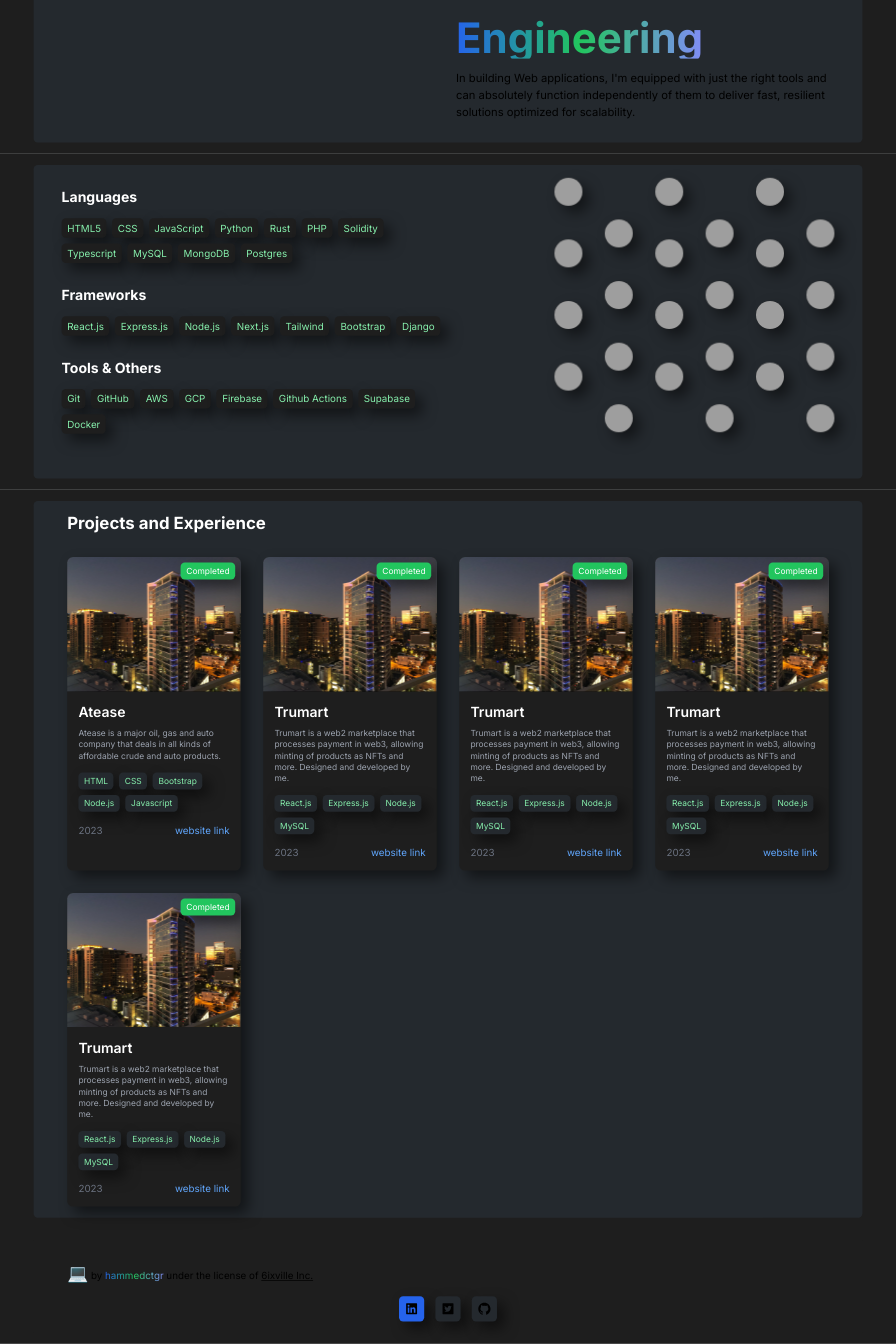
Repository: muhammedctgr/hammedctgr
Page: /
An editor plug-in stored every save of this project. The page is shown before and after a run of saves, followed by the edit.
The browser window is 1280 px wide. The pictures show the part of the page from y = 824 to 2744 px (the page is 2744 px tall), at 70% of full size.
Pictures or frames that could not be fetched are drawn as grey boxes. The project was rebuilt for these pictures with package versions that can differ from the ones it lists, and the page was loaded fresh each time. The framework's server and built-in components were replaced by stand-ins that run in the browser. Also part of the build but not shown: next.config.mjs.

Above is the page before, as saved 2024-08-16 11:26:42.

### app/layout.tsx
import type { Metadata } from "next";
import { Inter } from "next/font/google";
import "./globals.css";

const inter = Inter({ subsets: ["latin"] });

export const metadata: Metadata = {
  title: "Popoola Muhammed",
  description: "Generated by create next app",
};

export default function RootLayout({
  children,
}: Readonly<{
  children: React.ReactNode;
}>) {
  return (
    <html lang="en">
      <body className={inter.className}>{children}</body>
    </html>
  );
}

### app/page.tsx
import Head from 'next/head';
import Hero from '../components/Hero';
import SkillsSection from '@/components/SkillsSection';
import SummarySection from '@/components/SummarySection';
import ProjectsSection from '@/components/ProjectsSection';
import Footer from '@/components/Footer';

const Home = () => (
  <div>
    <Head>
      <title>Popoola Muhammed | Fullstack Dev</title>
      <meta name="description" content="Welcome to my developer portfolio" />
    </Head>

    <Hero />
    <SummarySection />
    <SkillsSection />
    <ProjectsSection />
    <Footer />
  </div>
);

export default Home;

### app/globals.css
@tailwind base;
@tailwind components;
@tailwind utilities;

:root {
  --foreground-rgb: 0, 0, 0;
  --background-start-rgb: 214, 219, 220;
  --background-end-rgb: 255, 255, 255;
}

@media (prefers-color-scheme: dark) {
  :root {
    --foreground-rgb: 255, 255, 255;
    --background-start-rgb: 0, 0, 0;
    --background-end-rgb: 0, 0, 0;
  }
}

body {
  color: rgb(var(--foreground-rgb));
  background: linear-gradient(
      to bottom,
      transparent,
      rgb(var(--background-end-rgb))
    )
    rgb(var(--background-start-rgb));
}

@layer utilities {
  .text-balance {
    text-wrap: balance;
  }
}


@keyframes upDown {
  0%, 100% {
    transform: translateY(0);
  }
  50% {
    transform: translateY(-10px); /* Adjust the value as needed */
  }
}

.animate-upDown {
  animation: upDown 2s infinite ease-in-out; /* Adjust duration as needed */
}


@keyframes scroll-medium {
  0% {
    transform: translateY(-100%);
  }
  100% {
    transform: translateY(100%);
  }
}

@keyframes scroll-fast {
  0% {
    transform: translateY(-100%);
  }
  100% {
    transform: translateY(30vh);
  }
}

@keyframes scroll-upfast {
  0% {
    transform: translateY(100%);
  }
  100% {
    transform: translateY(-30vh);
  }
}

.animate-scroll-upfast {
  animation: scroll-upfast 2s linear infinite;
}

.animate-scroll-fast {
  animation: scroll-fast 2s linear infinite;
}

.animate-scroll-medium {
  animation: scroll-medium 6s linear infinite;
}

.animate-scroll-delay {
  animation-delay: 2s;
}

.animate-scroll-delay-long {
  animation-delay: 4s;
}

.animate-scroll {
  animation: scroll 10s linear infinite;
}

.neumorph {
  border-radius: 5px;
  background: linear-gradient(145deg, #161414, #1a1818);
  box-shadow:  5px 5px 10px #111010,
               -5px -5px 10px #1f1c1c;
}

@keyframes slide {
  0% { transform: translateX(0); }
  100% { transform: translateX(-100%); }
}

.infinite-scroll {
  display: flex;
  animation: slide 2s ease-in-out infinite;
}

.infinite-scroll img {
  min-width: 100%;
}

### components/Hero.tsx
import Image from 'next/image';
import profilePic from '../public/profile.png';
import { AiFillLinkedin, AiFillGithub, AiFillTwitterSquare, AiFillX } from 'react-icons/ai';

const Hero = () => {
  return (
    <section className="bg-gptGray px-4 py-4 md:pt-8 md:px-8 lg:px-12 text-white flex items-center">
  <div className="container bg-githubGray shadow-lg rounded-md mx-auto flex flex-col md:flex-row md:px-2 relative overflow-hidden">
    <div className="flex-1 text-left p-4 md:p-8">
      <div className="inline-block bg-blue-600 text-black py-1 px-3 mb-4 rounded-md">
        Hi, I’m
      </div>
      <div className="mb-6">
        <h1 className="text-xl md:text-3xl font-bold">Popoola Muhammed</h1>
        <p className="mt-2 text-lg md:text-xl">Full-Stack Developer, I build and manage</p>
      </div>
      <ul className="mt-4 list-disc list-inside text-xs md:text-base">
        <li>Highly Optimized and Responsive <span className="text-blue-600">FRONT-END</span></li>
        <li>Secure and Scalable <span className="text-blue-600">BACK-END & DATABASE</span></li>
        <li><span className="text-blue-600">IT</span> Infrastructure</li>
      </ul>
      <div className="mt-6">
        <a href="#contact" className="underline">Let’s Connect</a>
        <div className="mt-2 flex justify-start space-x-4">
          <a href="#" className="bg-blue-600 p-2 rounded-md shadow-deep-all transform transition-transform duration-300 hover:scale-110">
            <AiFillLinkedin size={20} />
          </a>
          <a href="#" className="bg-githubGray p-2 rounded-md shadow-deep-all transform transition-transform duration-300 hover:scale-110">
            <AiFillTwitterSquare size={20} />
          </a>
          <a href="#" className="bg-githubGray p-2 rounded-md shadow-deep-all transform transition-transform duration-300 hover:scale-110">
            <AiFillGithub size={20} />
          </a>
        </div>
      </div>
    </div>
    <div className="relative flex-1 p-4 md:p-8">
      <img src="https://cdn.jsdelivr.net/gh/devicons/devicon@latest/icons/python/python-original.svg" className="right-4 w-8 h-8 md:w-16 md:h-16 lg:w-16 lg:h-16 bg-gptGray rounded-md animate-bounce shadow-deep-all" />
      <div className="relative w-40 h-40 md:w-72 md:h-72 lg:w-96 lg:h-96 mx-auto">
        <Image src={profilePic} alt="Popoola Muhammed" layout="fill" className="rounded-full object-cover animate-upDown" />
      </div>
      <img src="https://cdn.jsdelivr.net/gh/devicons/devicon@latest/icons/rust/rust-original.svg"  className="w-8 h-8 md:w-16 md:h-16 lg:w-16 lg:h-16 bg-gptGray rounded-3xl shadow-deep-all animate-bounce absolute top-8 right-4" />
      <img src="https://cdn.jsdelivr.net/gh/devicons/devicon@latest/icons/javascript/javascript-original.svg" className="w-8 h-8 md:w-12 md:h-12 lg:w-12 lg:h-12 bg-gptGray rounded-md animate-bounce shadow-deep-all" />
    </div>
    <img src="https://cdn.jsdelivr.net/gh/devicons/devicon@latest/icons/nextjs/nextjs-original.svg" className="w-8 h-8 md:w-12 md:h-12 lg:w-12 lg:h-12 bg-gptGray rounded-3xl shadow-deep-all animate-bounce absolute bottom-4 right-36" />
  </div>
</section>
  );
};

export default Hero;

### components/SkillsSection.tsx
import Image from 'next/image';
import { FC } from 'react';

interface SkillCategory {
  title: string;
  skills: { name: string; }[];
}

const skills: SkillCategory[] = [
  {
    title: "Languages",
    skills: [
      { name: "HTML5",  },
      { name: "CSS", },
      { name: "JavaScript",  },
      { name: "Python", },
      { name: "Rust",  },
      { name: "PHP", },
      { name: "Solidity",  },
      { name: "Typescript",  },
      { name: "MySQL",  },
      { name: "MongoDB", },
      { name: "Postgres", },
    ],
  },
  {
    title: "Frameworks",
    skills: [
      { name: "React.js", },
      { name: "Express.js",  },
      { name: "Node.js", },
      { name: "Next.js", },
      { name: "Tailwind", },
      { name: "Bootstrap", },
      { name: "Django", }
    ],
  },
  {
    title: "Tools & Others",
    skills: [
      { name: "Git",  },
      { name: "GitHub",  },
      { name: "AWS", },
      { name: "GCP", },
      { name: "Firebase", },
      { name: "Github Actions", },
      { name: "Supabase",  },
      { name: "Docker",  },
    ],
  },
];

const icons = [
  "/icons/html5.svg", // Replace with your icon paths
  "/icons/css3.svg",
  "/icons/javascript.svg",
  "/icons/python.svg",
  // Add the rest of the icons as needed
];

const SkillsSection: FC = () => {
  return (
  <section className="px-4 py-4 md:px-8 lg:px-12 bg-gptGray text-white w-full h-full">
  <div className="container bg-githubGray rounded-md mx-auto flex flex-col md:flex-row items-start md:px-2">
    <div className="flex-1 p-4 md:p-8">
      {skills.map((category) => (
        <div key={category.title} className="mb-8">
          <h2 className="text-lg md:text-xl font-bold mb-4 ">{category.title}</h2>
          <div className="flex flex-wrap gap-2">
            {category.skills.map((skill) => (
              <span
                key={skill.name}
                className={`px-2 py-1 rounded-md text-sm shadow-deep-all bg-gptGray text-green-300`}
              >
                {skill.name}
              </span>
            ))}
          </div>
        </div>
      ))}
    </div>
    <div className="flex-1 flex flex-col items-center md:items-end overflow-hidden md:pb-8">
      <div className="grid grid-cols-6 md:grid-cols-6 gap-8 p-4 md:p-8">
      <img src="https://cdn.jsdelivr.net/gh/devicons/devicon@latest/icons/html5/html5-original.svg" className="w-10 h-10 md:w-10 md:h-10 lg:w-10 lg:h-10 bg-gptGray rounded-3xl shadow-deep-all mt-4 animate-scroll-fast" />
      <img src="https://cdn.jsdelivr.net/gh/devicons/devicon@latest/icons/css3/css3-original.svg" className="w-10 h-10 md:w-10 md:h-10 lg:w-10 lg:h-10 bg-gptGray rounded-3xl shadow-deep-all mt-4 animate-scroll-upfast" />
      <img src="https://cdn.jsdelivr.net/gh/devicons/devicon@latest/icons/javascript/javascript-original.svg" className="w-10 h-10 md:w-10 md:h-10 lg:w-10 lg:h-10 bg-gptGray rounded-3xl shadow-deep-all mt-4 animate-scroll-fast" />
      <img src="https://cdn.jsdelivr.net/gh/devicons/devicon@latest/icons/python/python-original.svg" className="w-10 h-10 md:w-10 md:h-10 lg:w-10 lg:h-10 bg-gptGray rounded-3xl shadow-deep-all mt-4 animate-scroll-upfast" />
      <img src="https://cdn.jsdelivr.net/gh/devicons/devicon@latest/icons/rust/rust-original.svg"  className="w-10 h-10 md:w-10 md:h-10 lg:w-10 lg:h-10 bg-gptGray rounded-3xl shadow-deep-all mt-4 animate-scroll-fast" />
      <img src="https://cdn.jsdelivr.net/gh/devicons/devicon@latest/icons/php/php-original.svg" className="w-10 h-10 md:w-10 md:h-10 lg:w-10 lg:h-10 bg-gptGray rounded-3xl shadow-deep-all mt-4 animate-scroll-upfast"  />
      <img src="https://cdn.jsdelivr.net/gh/devicons/devicon@latest/icons/solidity/solidity-original.svg" className="w-10 h-10 md:w-10 md:h-10 lg:w-10 lg:h-10 bg-gptGray rounded-3xl shadow-deep-all mt-4 animate-scroll-fast" />
      <img src="https://cdn.jsdelivr.net/gh/devicons/devicon@latest/icons/typescript/typescript-original.svg" className="w-10 h-10 md:w-10 md:h-10 lg:w-10 lg:h-10 bg-gptGray rounded-3xl shadow-deep-all mt-4 animate-scroll-upfast" />
      <img src="https://cdn.jsdelivr.net/gh/devicons/devicon@latest/icons/mysql/mysql-original.svg" className="w-10 h-10 md:w-10 md:h-10 lg:w-10 lg:h-10 bg-gptGray rounded-3xl shadow-deep-all mt-4 animate-scroll-fast" />
      <img src="https://cdn.jsdelivr.net/gh/devicons/devicon@latest/icons/mongodb/mongodb-original.svg" className="w-10 h-10 md:w-10 md:h-10 lg:w-10 lg:h-10 bg-gptGray rounded-3xl shadow-deep-all mt-4 animate-scroll-upfast" />
      <img src="https://cdn.jsdelivr.net/gh/devicons/devicon@latest/icons/react/react-original.svg" className="w-10 h-10 md:w-10 md:h-10 lg:w-10 lg:h-10 bg-gptGray rounded-3xl shadow-deep-all mt-4 animate-scroll-fast" />
      <img src="https://cdn.jsdelivr.net/gh/devicons/devicon@latest/icons/nextjs/nextjs-original.svg" className="w-10 h-10 md:w-10 md:h-10 lg:w-10 lg:h-10 bg-gptGray rounded-3xl shadow-deep-all mt-4 animate-scroll-upfast" />
      <img src="https://cdn.jsdelivr.net/gh/devicons/devicon@latest/icons/tailwindcss/tailwindcss-original.svg" className="w-10 h-10 md:w-10 md:h-10 lg:w-10 lg:h-10 bg-gptGray rounded-3xl shadow-deep-all mt-4 animate-scroll-fast" />
      <img src="https://cdn.jsdelivr.net/gh/devicons/devicon@latest/icons/git/git-original.svg" className="w-10 h-10 md:w-10 md:h-10 lg:w-10 lg:h-10 bg-gptGray rounded-3xl shadow-deep-all mt-4 animate-scroll-upfast" />
      <img src="https://cdn.jsdelivr.net/gh/devicons/devicon@latest/icons/github/github-original.svg" className="w-10 h-10 md:w-10 md:h-10 lg:w-10 lg:h-10 bg-gptGray rounded-3xl shadow-deep-all mt-4 animate-scroll-fast" />
      <img src="https://cdn.jsdelivr.net/gh/devicons/devicon@latest/icons/amazonwebservices/amazonwebservices-original-wordmark.svg" className="w-10 h-10 md:w-10 md:h-10 lg:w-10 lg:h-10 bg-gptGray rounded-3xl shadow-deep-all mt-4 animate-scroll-upfast" />
      <img src="https://cdn.jsdelivr.net/gh/devicons/devicon@latest/icons/googlecloud/googlecloud-original.svg" className="w-10 h-10 md:w-10 md:h-10 lg:w-10 lg:h-10 bg-gptGray rounded-3xl shadow-deep-all mt-4 animate-scroll-fast" />
      <img src="https://cdn.jsdelivr.net/gh/devicons/devicon@latest/icons/postgresql/postgresql-original.svg" className="w-10 h-10 md:w-10 md:h-10 lg:w-10 lg:h-10 bg-gptGray rounded-3xl shadow-deep-all mt-4 animate-scroll-upfast" />
      <img src="https://cdn.jsdelivr.net/gh/devicons/devicon@latest/icons/supabase/supabase-original.svg" className="w-10 h-10 md:w-10 md:h-10 lg:w-10 lg:h-10 bg-gptGray rounded-3xl shadow-deep-all mt-4 animate-scroll-fast" />
      <img src="https://cdn.jsdelivr.net/gh/devicons/devicon@latest/icons/docker/docker-original.svg" className="w-10 h-10 md:w-10 md:h-10 lg:w-10 lg:h-10 bg-gptGray rounded-3xl shadow-deep-all mt-4 animate-scroll-upfast" />
      <img src="https://cdn.jsdelivr.net/gh/devicons/devicon@latest/icons/django/django-plain.svg" className="w-10 h-10 md:w-10 md:h-10 lg:w-10 lg:h-10 bg-gptGray rounded-3xl shadow-deep-all mt-4 animate-scroll-fast" />
      <img src="https://cdn.jsdelivr.net/gh/devicons/devicon@latest/icons/bootstrap/bootstrap-original.svg" className="w-10 h-10 md:w-10 md:h-10 lg:w-10 lg:h-10 bg-gptGray rounded-3xl shadow-deep-all mt-4 animate-scroll-upfast" />
      <img src="https://cdn.jsdelivr.net/gh/devicons/devicon@latest/icons/nodejs/nodejs-original.svg" className="w-10 h-10 md:w-10 md:h-10 lg:w-10 lg:h-10 bg-gptGray rounded-3xl shadow-deep-all mt-4 animate-scroll-fast" />
      <img src="https://cdn.jsdelivr.net/gh/devicons/devicon@latest/icons/githubactions/githubactions-original.svg" className="w-10 h-10 md:w-10 md:h-10 lg:w-10 lg:h-10 bg-gptGray rounded-3xl shadow-deep-all mt-4 animate-scroll-upfast" />
      </div>
    </div>
  </div>
</section>
  );
};

export default SkillsSection;

### components/SummarySection.tsx
import { FC } from 'react';

const SummarySection: FC = () => {
  return (
<section className="px-4 py-4 md:px-8 lg:px-12 bg-gptGray relative overflow-hidden">
  <div className="container bg-githubGray mx-auto flex rounded-md flex-col md:flex-row justify-between items-start md:px-8 p-4 md:p-8">
    <div className=" mb-8 md:mb-8">
      <div className="mb-4">
        <span className="text-4xl md:text-6xl font-bold bg-gradient-to-r from-blue-600 via-green-500 to-indigo-400 inline-block text-transparent bg-clip-text">Software</span>
      </div>
      <p className="text-sm md:text-base">
        I'm probably not the typical dev stationed behind a computer, but building state-of-the-art web apps, optimizing performance for scale and avoiding downtime is where you'll find me.
      </p>
    </div>
    <div className=" md:mt-48">
      <div className="mb-4">
        <span className="text-4xl md:text-6xl font-bold bg-gradient-to-r from-blue-600 via-green-500 to-indigo-400 inline-block text-transparent bg-clip-text">Engineering</span>
      </div>
      <p className="text-sm md:text-base">
        In building Web applications, I'm equipped with just the right tools and can absolutely function independently of them to deliver fast, resilient solutions optimized for scalability.
      </p>
    </div>
  </div>
</section>
  );
};

export default SummarySection;

### components/ProjectsSection.tsx
import { FC } from 'react';

interface Project {
  title: string;
  description: string;
  technologies: string[];
  date: string;
  status: string;
  images: string[];
  link: string;
}

const projects: Project[] = [
  {
    title: "Atease",
    description: "Atease is a major oil, gas and auto company that deals in all kinds of affordable crude and auto products.",
    technologies: ["HTML", "CSS", "Bootstrap", "Node.js", "Javascript"],
    date: "2023",
    status: "Completed",
    images: ["pic1.jpg", "pic1.jpg", "pic1.jpg"],
    link: "https://ateasegroup.com",
  },
  {
    title: "Trumart",
    description: "Trumart is a web2 marketplace that processes payment in web3, allowing minting of products as NFTs and more. Designed and developed by me.",
    technologies: ["React.js", "Express.js", "Node.js", "MySQL"],
    date: "2023",
    status: "Completed",
    images: ["pic1.jpg", "pic1.jpg", "pic1.jpg"],
    link: "https://example.com",
  },
  {
    title: "Trumart",
    description: "Trumart is a web2 marketplace that processes payment in web3, allowing minting of products as NFTs and more. Designed and developed by me.",
    technologies: ["React.js", "Express.js", "Node.js", "MySQL"],
    date: "2023",
    status: "Completed",
    images: ["pic1.jpg", "pic1.jpg",],
    link: "https://example.com",
  },
  {
    title: "Trumart",
    description: "Trumart is a web2 marketplace that processes payment in web3, allowing minting of products as NFTs and more. Designed and developed by me.",
    technologies: ["React.js", "Express.js", "Node.js", "MySQL"],
    date: "2023",
    status: "Completed",
    images: ["pic1.jpg", "pic1.jpg",],
    link: "https://example.com",
  },
  {
    title: "Trumart",
    description: "Trumart is a web2 marketplace that processes payment in web3, allowing minting of products as NFTs and more. Designed and developed by me.",
    technologies: ["React.js", "Express.js", "Node.js", "MySQL"],
    date: "2023",
    status: "Completed",
    images: ["pic1.jpg", "pic1.jpg",],
    link: "https://example.com",
  },
  // Add more projects as needed...
];

const ProjectsSection: FC = () => {
  return (
    <section className="bg-gptGray md:px-8 px-4 py-4 lg:px-12">
      <div className="container bg-githubGray rounded-md mx-auto md:px-8">
        <h2 className="text-2xl font-bold text-white p-4">Projects and Experience</h2>
        <div className="grid grid-cols-1 sm:grid-cols-3 lg:grid-cols-4 gap-8 p-4">
          {projects.map((project, index) => (
            <div key={index} className="bg-gptGray rounded-lg overflow-hidden shadow-deep-all transform transition-transform duration-300 hover:scale-105 ">
              <div className="relative w-full h-48 overflow-hidden">
                <div className="absolute inset-0 flex animate-slide infinite-scroll">
                  {project.images.map((image, i) => (
                    <img key={i} src={image} alt={`${project.title} image ${i + 1}`} className="w-full h-full object-cover shadow-deep-all" />
                  ))}
                </div>
                <span className="shadow-deep-all absolute top-2 right-2 bg-green-500 text-xs text-white px-2 py-1 rounded-md">{project.status}</span>
              </div>
              <div className="p-4">
                <h3 className="text-xl font-semibold text-white mb-2">{project.title}</h3>
                <p className="text-gray-400 text-xs mb-4">{project.description}</p>
                <div className="flex flex-wrap gap-2 mb-4">
                  {project.technologies.map((tech, i) => (
                    <span key={i} className="bg-githubGray shadow-deep-all text-green-300 text-xs px-2 py-1 rounded-md">{tech}</span>
                  ))}
                </div>
                <div className="flex justify-between items-center">
                  <span className="text-gray-500 text-sm">{project.date}</span>
                  <a href={project.link} target="_blank" rel="noopener noreferrer" className="text-blue-400 hover:underline text-sm">website link</a>
                </div>
              </div>
            </div>
          ))}
        </div>
      </div>
    </section>
  );
};

export default ProjectsSection;

### components/Footer.tsx
import { AiFillLinkedin, AiFillGithub, AiFillTwitterSquare, AiFillX } from 'react-icons/ai';

const Footer = () => {
    return (
        <div className="bg-gptGray px-4 py-4 md:pt-4 md:px-4 lg:px-12">
            <div className='bg-gptGray px-4 py-4 md:pt-8 md:px-12 text-sm'>
                <p>
                <span className='text-2xl'>&#128187;</span> by <span className='bg-gradient-to-r from-blue-600 via-green-500 to-indigo-400 inline-block text-transparent bg-clip-text'>hammedctgr</span> under the license of <a href="https://6ixville.github.io/" target="_blank" rel="noopener noreferrer" className='underline'>6ixville Inc.</a>
                </p>
                <div className="">
                    <div className="flex justify-center space-x-4 mt-4">
                        <a href="#" className="bg-blue-600 p-2 rounded-md shadow-deep-all transform transition-transform duration-300 hover:scale-110">
                            <AiFillLinkedin size={20} />
                        </a>
                        <a href="#" className="bg-githubGray p-2 rounded-md shadow-deep-all transform transition-transform duration-300 hover:scale-110">
                            <AiFillTwitterSquare size={20} />
                        </a>
                        <a href="#" className="bg-githubGray p-2 rounded-md shadow-deep-all transform transition-transform duration-300 hover:scale-110">
                            <AiFillGithub size={20} />
                        </a>
                    </div>
                </div>
            </div>
       </div>
     );
}

export default Footer;

### tailwind.config.ts
import type { Config } from "tailwindcss";

const config: Config = {
  content: [
    "./pages/**/*.{js,ts,jsx,tsx,mdx}",
    "./components/**/*.{js,ts,jsx,tsx,mdx}",
    "./app/**/*.{js,ts,jsx,tsx,mdx}",
  ],
  theme: {
    extend: {
      backgroundImage: {
        "gradient-radial": "radial-gradient(var(--tw-gradient-stops))",
        "gradient-conic":
          "conic-gradient(from 180deg at 50% 50%, var(--tw-gradient-stops))",
      },
      colors: {
        githubGray: '#24292e',
        gptGray: '#1e1e1e', // Define the exact color
        gradient: 'bg-gradient-to-r from-blue-600 via-green-500 to-indigo-400 inline-block text-transparent bg-clip-text'
      },
      boxShadow: {
        'deep-right': '10px 10px 20px rgba(0, 0, 0, 0.25)',  // Right side shadow
        'deep-left': '-10px 10px 20px rgba(0, 0, 0, 0.25)',  // Left side shadow
        'deep-top': '10px -10px 20px rgba(0, 0, 0, 0.25)',   // Top side shadow
        'deep-bottom': '10px 10px 20px rgba(0, 0, 0, 0.25)', // Bottom side shadow
        'deep-all': '10px 10px 20px rgba(0, 0, 0, 0.5)',     // All sides shadow
      }
    },
  },
  plugins: [],
};
export default config;

After the next 2 saves:
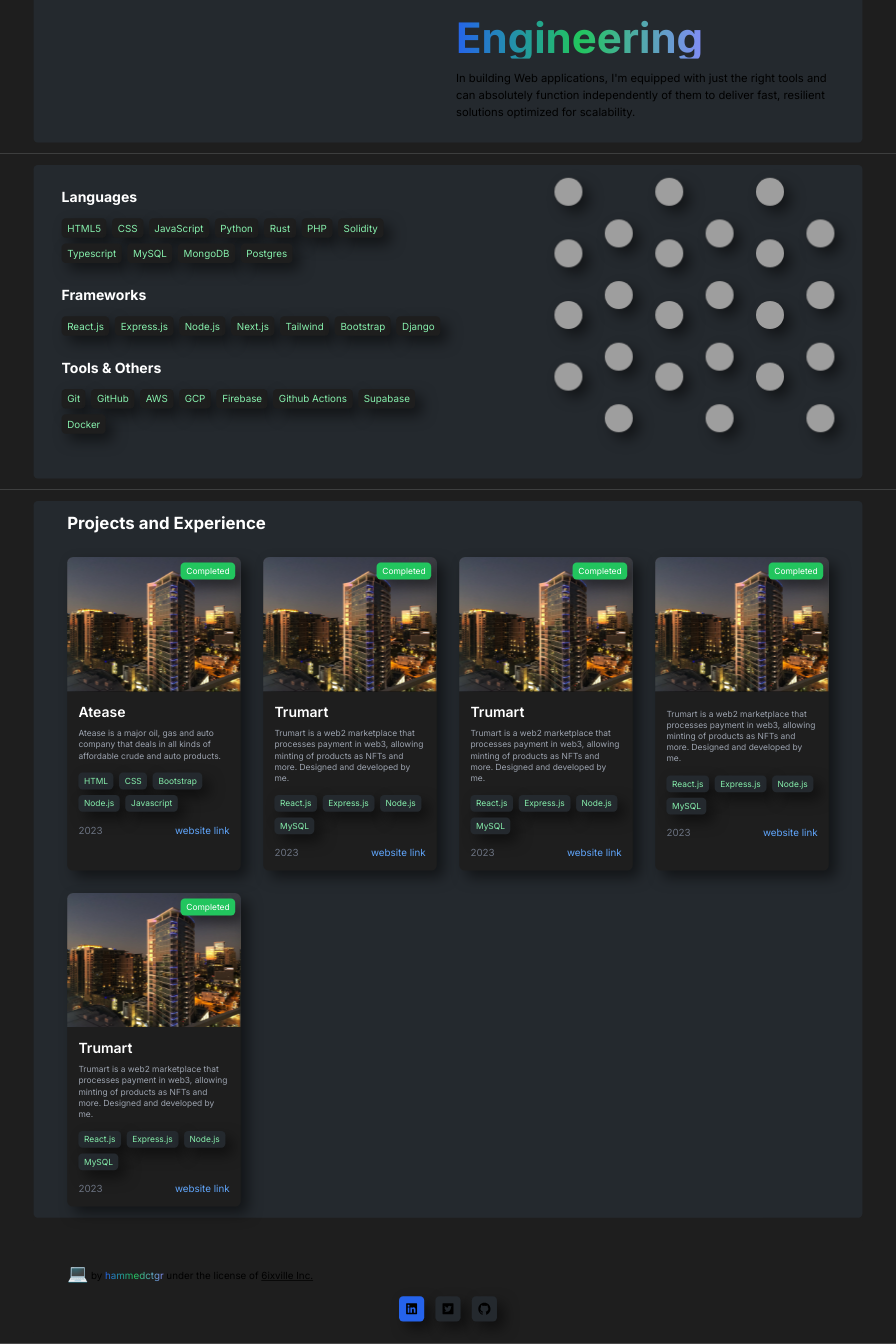
The 2 saves are shown as one change because they came seconds apart.
The last was saved 34 min 52 s later.
--- a/components/ProjectsSection.tsx
+++ b/components/ProjectsSection.tsx
@@ -39,7 +39,7 @@ const projects: Project[] = [
     link: "https://example.com",
   },
   {
-    title: "Trumart",
+    title: "",
     description: "Trumart is a web2 marketplace that processes payment in web3, allowing minting of products as NFTs and more. Designed and developed by me.",
     technologies: ["React.js", "Express.js", "Node.js", "MySQL"],
     date: "2023",
